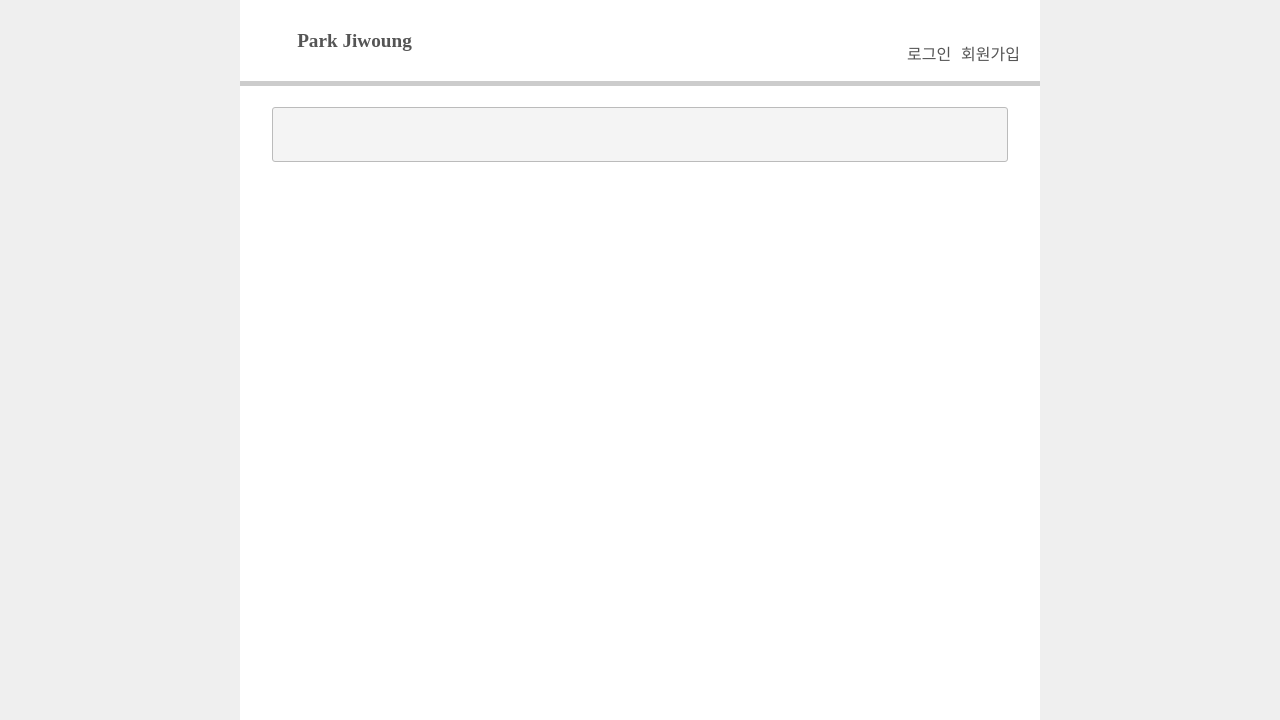
Repository: park-jiwoong/webClass
Page: http://localhost/jspPro/days01/ex03_04.jsp
These files come from the project's save history. The page is drawn as it stood at one moment and after the next save; the edit follows.
The browser window is 1280 px wide. The pictures show the whole page.
Some web fonts or font styles are not loaded; a fallback is used. The page is served by Tomcat 9.

Above is the page before, as saved 2025-05-21 06:04:55.

After the next save:
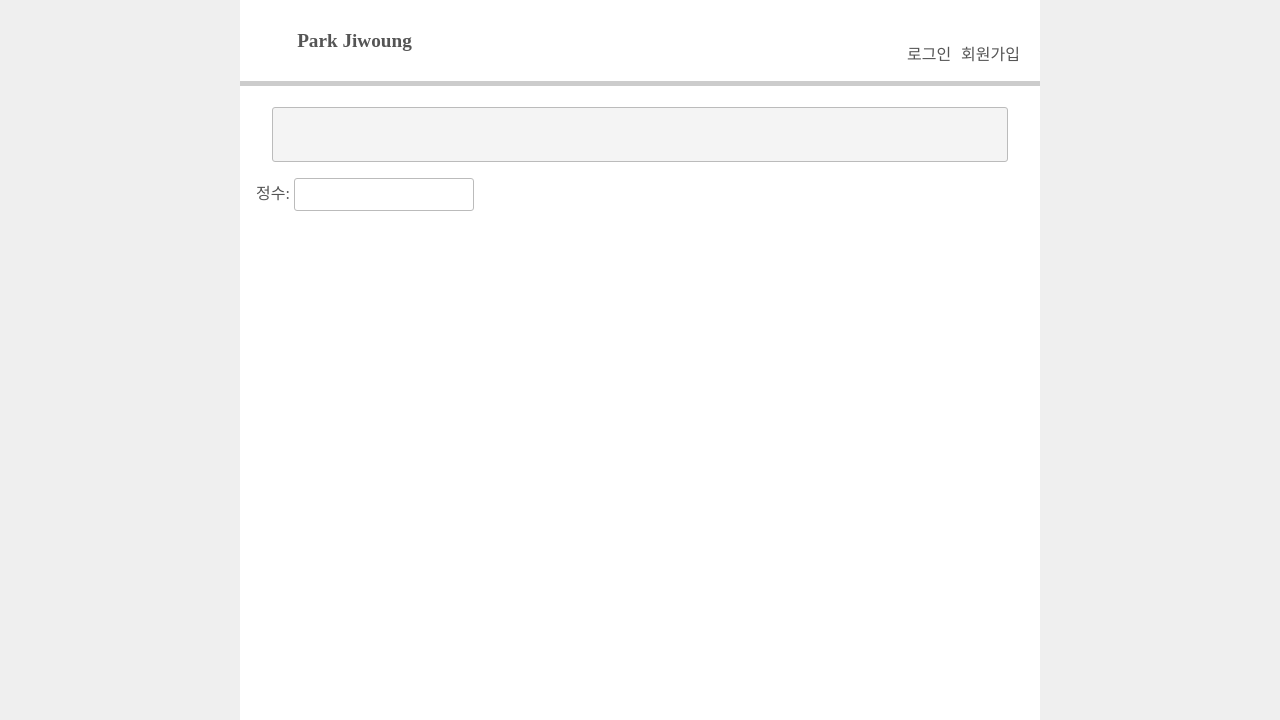
Saved 70 s later.
--- a/JSPClass/jspPro/src/main/webapp/days01/ex03_04.jsp
+++ b/JSPClass/jspPro/src/main/webapp/days01/ex03_04.jsp
@@ -26,6 +26,8 @@
 <div>
     <xmp class="code">
     </xmp>
+
+    정수: <input type="text" id="num" autofocus="autofocus">
 </div>
 </body>
 </html>
